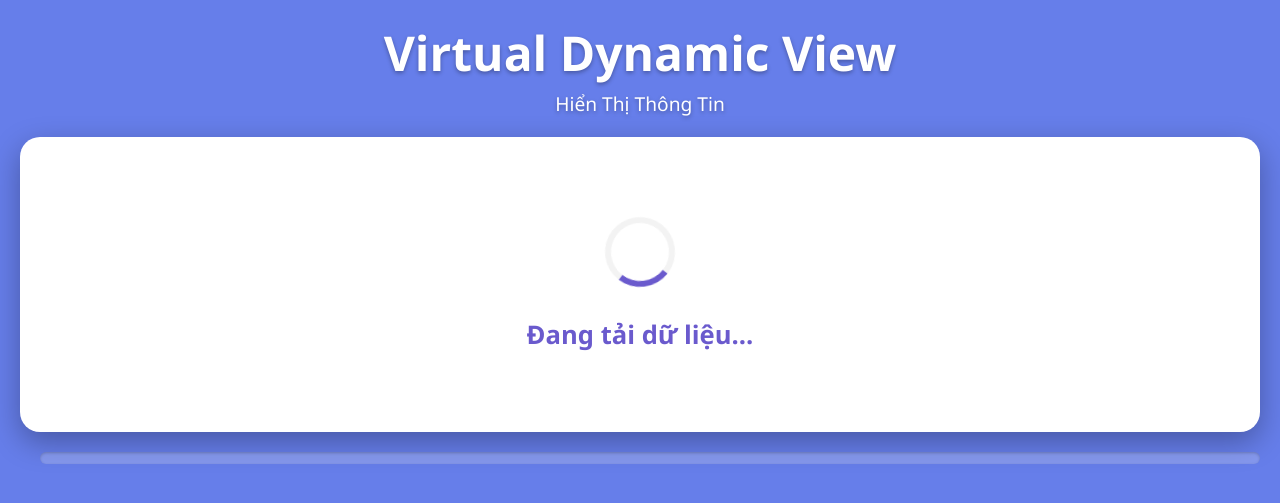
Repository: trunghau06/BaiTapjs_4
Page: index.html
The author's editor kept a copy of each file at every save. The page is drawn from the files as they stood at one save, then again after the next save.
The browser window is 1280 px wide. The pictures show the whole page.
The page's requests for data from a server got no answer.

Above is the page before, as saved 2025-11-02 11:10:37.

### index.html
<!DOCTYPE html>
<html lang="en">
<head>
    <meta charset="UTF-8">
    <meta name="viewport" content="width=device-width, initial-scale=1.0">
    <link rel="stylesheet" href="style.css">
    <link rel="stylesheet" href="https://cdnjs.cloudflare.com/ajax/libs/font-awesome/6.5.0/css/all.min.css">
    <title>Virtual Dynamic View</title>
</head>
<body>
    <div class="container">
        <div class="header">
            <h1>Virtual Dynamic View</h1>
            <p>Hiển Thị Thông Tin</p>
        </div>

        <div class="loader" id="loader">
            <div class="spinner"></div>
            <div class="loader-text">Đang tải dữ liệu...</div>
        </div>

        <div class="fake-scroll-wrapper">
            <div class="fake-scroll" id="fakeScroll"></div>
        </div>

        <div id="cardsContainer" class="cards-container" style="display: none;">
            <div id="cardsSpacer" class="cards-spacer">
                <div id="cardsContent" class="cards-content">

                    <div id="tableView" class="view-wrapper">
                         <table class="data-table">
                            <thead>
                                <tr class="header-row">
                                    <th>ID</th>
                                    <th>Avatar</th>
                                    <th>Name</th>
                                    <th>Company</th>
                                    <th>Genre</th>
                                    <th>Email</th>
                                    <th>Phone</th>
                                    <th>DOB</th>
                                    <th>Color</th>
                                    <th>Timezone</th>
                                    <th>Music</th>
                                    <th>City</th>
                                    <th>State</th>
                                    <th>Address</th>
                                    <th>Street</th>
                                    <th>Building</th>
                                    <th>ZIP</th>
                                    <th>CreatedAt</th>
                                    <th>Password</th>
                                </tr>
                            </thead>
                            <tbody id="tableBody">
                            </tbody>
                        </table>
                    </div>

                    <div id="cardView" class="view-wrapper card-list-grid">
                        </div>

                </div>
            </div>

            <div id="loadingMore" class="loading-more" style="display: none;">
                <div class="spinner"></div>
                <div>Đang tải thêm...</div>
            </div>
        </div>
    </div>
    <script src="main.js"></script>
</body>
</html>

### style.css
:root {
    --p: #6a5acd;
    --s: #48d1cc;
    --bg-original-start: #667eea;
    --bg-original-end: #764ba2;
    --table-bg: #FFFFFF;
    --card-bg: #F7F8FC;
    --text-primary: #1C2331;
    --text-secondary: #5C697F;
}

* {
    margin: 0;
    padding: 0;
    box-sizing: border-box;
}

body {
    font-family: 'Segoe UI', Tahoma, Geneva, Verdana, sans-serif;
    background: var( --bg-original-start);
    min-height: 100vh;
    padding: 0;
    display: flex;
    flex-direction: column;
    overflow-y: scroll;
}

.container {
    position: absolute;
    left: 50%;
    transform: translateX(-50%);
    margin: 0;
    width: 100%;
    padding: 20px;
}

.fake-scroll-wrapper {
    max-width: 3150px;
    margin: 20px auto 10px 20px;
    height: 12px;
    overflow-x: auto;
    overflow-y: hidden;
    position: relative;
    border-radius: 6px;
    background: rgba(255, 255, 255, 0.2);
    box-shadow: inset 0 1px 3px rgba(0,0,0,0.2);
    scrollbar-width: thin;
    scrollbar-color: var(--p) rgba(255,255,255,0.1);
    display: block;
}

.fake-scroll {
    min-width: 3150px;
    height: 1px;
}

.fake-scroll-wrapper::-webkit-scrollbar {
    height: 8px;
}

.fake-scroll-wrapper::-webkit-scrollbar-track {
    background: rgba(255,255,255,0.1);
    border-radius: 6px;
}

.fake-scroll-wrapper::-webkit-scrollbar-thumb {
    background: var(--p);
    border-radius: 6px;
    box-shadow: inset 0 0 2px rgba(0,0,0,0.3);
}

.header {
    text-align: center;
    color: #FFFFFF;
    text-shadow: 0 2px 4px rgba(0, 0, 0, 0.3);
    margin-bottom: 20px;
}

.header h1 {
    font-size: 3rem;
    margin-bottom: 5px;
    font-weight: 800;
}

.header p {
    font-size: 1.2rem;
}

.loader {
    background: #FFFFFF;
    padding: 80px 40px;
    border-radius: 20px;
    text-align: center;
    box-shadow: 0 10px 30px rgba(0, 0, 0, 0.3);
    margin: auto;
}

.spinner {
    width: 70px;
    height: 70px;
    border: 6px solid #f3f3f3;
    border-top: 6px solid var(--p);
    border-radius: 50%;
    margin: 0 auto 30px;
    animation: spin 1s linear infinite;
}

@keyframes spin {
    0% { transform: rotate(0deg); }
    100% { transform: rotate(360deg); }
}

.loader-text {
    font-size: 1.6rem;
    color: var(--p);
    font-weight: 700;
}

.cards-container {
    position: relative;
    height: 90vh;
    overflow-y: auto;
    overflow-x: auto;
    backdrop-filter: blur(5px);
    display: none;
    margin: 20px auto;
    width: 95%;
    -ms-overflow-style: none;
    scrollbar-width: none;
}

.cards-container::-webkit-scrollbar {
    width: 0;
    background: transparent;
}

.cards-spacer {
    position: relative;
    min-height: 100%;
}

.cards-content {
    position: absolute;
    top: 0;
    left: 20px;
    right: 20px;
    width: auto;
    min-width: 100%;
    transition: padding-top 0.1s linear;
    padding: 0;
}

#cardView {
    display: none;
}

#tableView {
    display: block;
}

.data-table {
    min-width: 100%;
    width: 100%;
    border-collapse: separate;
    border-spacing: 0;
    background: var(--table-bg);
    border-radius: 15px;
    box-shadow: 0 5px 20px rgba(0, 0, 0, 0.1);
}

.data-table th,
.data-table td {
    padding: 15px 10px;
    text-align: left;
    white-space: nowrap;
    overflow: hidden;
    text-overflow: ellipsis;
    border-bottom: 1px solid #e0e0e0;
}

.data-table thead {
    display: table-header-group;
}

.data-table thead th {
    background-color: var(--p);
    color: white;
    font-weight: 700;
    position: sticky;
    top: 0;
    z-index: 10;
}

.data-row {
    transition: background-color 0.2s ease;
}

.data-row:hover {
    background-color: #f0f0f5;
}

/* Chiều rộng cột */
.data-table th:nth-child(1),
.data-table td:nth-child(1) { width: 40px; }

.data-table th:nth-child(2),
.data-table td:nth-child(2) { width: 80px; }

.data-table th:nth-child(3),
.data-table td:nth-child(3) { width: 120px; }

.data-table th:nth-child(4),
.data-table td:nth-child(4) { width: 100px; }

.data-table th:nth-child(5),
.data-table td:nth-child(5) { width: 9%; }

.data-table th:nth-child(6),
.data-table td:nth-child(6) { width: 160px; }

.data-table th:nth-child(7),
.data-table td:nth-child(7) { width: 120px; }

.data-table th:nth-child(19),
.data-table td:nth-child(19) { width: 140px; }

.avatar-small {
    width: 40px;
    height: 40px;
    border-radius: 50%;
    object-fit: cover;
    border: 2px solid var(--s);
}

.card-badge {
    padding: 4px 10px;
    border-radius: 20px;
    font-size: 0.85em;
    font-weight: 600;
    display: inline-flex;
    align-items: center;
    gap: 5px;
}

.badge-male {
    background: #bbdefb;
    color: #1e88e5;
}

.badge-female {
    background: #f8bbd0;
    color: #d81b60;
}

.loading-more {
    text-align: center;
    padding: 30px;
    color: var(--text-primary);
    background: #FFFFFF;
    border-radius: 0 0 15px 15px;
    font-size: 1.2em;
    font-weight: 700;
}

.loading-more .spinner {
    width: 45px;
    height: 45px;
    border-width: 5px;
    border-top-color: var(--p);
    margin: 0 auto 10px;
}

.card-list-grid {
    display: flex;
    flex-direction: column;
    gap: 15px;
    padding: 20px 0;
    width: 100%;
}

.card {
    background: var(--card-bg);
    border-radius: 12px;
    padding: 18px;
    box-shadow: 0 6px 12px rgba(0, 0, 0, 0.15);
    transition: transform 0.2s ease;
    width: 100%;
}

.card:hover {
    transform: translateY(-2px);
    box-shadow: 0 8px 16px rgba(0, 0, 0, 0.2);
}

.card-header {
    display: flex;
    align-items: center;
    justify-content: space-between;
    gap: 10px;
    margin-bottom: 15px;
    padding-bottom: 15px;
    border-bottom: 1px solid #d0d0d0;
    flex-wrap: nowrap;
}

.avatar {
    width: 45px;
    height: 45px;
    border-radius: 50%;
    object-fit: cover;
    border: 3px solid var(--p);
    flex-shrink: 0;
}

.card-info {
    flex-grow: 1;
    margin-right: 10px;
    min-width: 0;
}

.card-name {
    font-size: 1.2rem;
    font-weight: 800;
    color: var(--text-primary);
}

.card-company {
    font-size: 0.85em;
    color: var(--text-secondary);
}

.card-badge {
    padding: 4px 10px;
    border-radius: 20px;
    font-size: 0.8em;
    font-weight: 700;
    white-space: nowrap;
    flex-shrink: 0;
    align-self: center;
}

.card-body {
    display: grid;
    grid-template-columns: auto 1fr;
    gap: 8px 12px;
    font-size: 0.9rem;
}

.card-item {
    display: flex;
    align-items: center;
    gap: 8px;
    flex-wrap: wrap;
    color: var(--text-secondary);
    word-break: break-word;
    gap: 8px;
    margin-bottom: 12px;
    font-weight: 700;
}

.card-item strong {
    display: inline-block;
    width: 90px;
    font-weight: 700;
    color: var(--text-primary);
}

.card-icon {
    width: 18px;
    text-align: center;
    color: var(--bg-original-start);
    flex-shrink: 0;
    padding: 4px;
}

@media (max-width: 768px) {

    #tableView {
        display: none !important;
    }

    #cardView {
        display: flex !important;
    }

    body {
        min-width: auto;
        overflow-x: hidden;
    }

    .container {
        position: relative;
        left: auto;
        transform: none;
        margin: 0 auto;
        width: 100%;
        padding: 10px;
    }

    .cards-container {
        width: 100%;
        max-width: 100%;
        margin: 0 auto;
        padding: 0;
        display: flex;
        flex-direction: column;
        align-items: center;
        overflow-x: hidden !important;
    }

    .card-list-grid {
        width: 100%;
        max-width: 500px;
        margin: 0 auto;
        display: flex;
        flex-direction: column;
        align-items: center;
    }

    .cards-content {
        padding: 0 10px;
        display: flex;
        justify-content: center;
        left: 0 !important;
        right: 0 !important;
        min-width: auto !important;
        width: 100% !important;
    }

    .header h1 {
        font-size: 2rem;
    }

    .header p {
        font-size: 1rem;
    }

    .card-body {
        grid-template-columns: 1fr;
    }

    .card {
        padding: 12px;
        width: 88%;
    }

    .card-header {
        flex-wrap: nowrap;
        padding: 24px 8px;
        margin-bottom: 8px;
    }

    .card-badge {
        order: auto;
        margin-top: 0;
        align-self: center;
    }

    .card-info {
        flex-basis: auto;
        min-width: 80px;
    }
}

### main.js
const API_URL = "https://671891927fc4c5ff8f49fcac.mockapi.io/v2";
let currentPage = 1;
const itemsPerPage = 9; // render 10 items mỗi lần
let allLoadedData = []; // lưu tất cả data đã load
let loading = false;
let moreDataAvailable = true;

const tableBodyElement = document.getElementById("tableBody");
const cardViewElement = document.getElementById("cardView");
const loaderElement = document.getElementById("loader");
const loadMoreElement = document.getElementById("loadingMore");
const scrollContainer = document.getElementById("cardsContainer");
const tableSection = document.getElementById("tableView");
const cardSection = document.getElementById("cardView");
const fakeScrollBar = document.querySelector(".fake-scroll-wrapper");

// Kiểm tra mobile view
function checkMobileView() {
    return window.innerWidth <= 768;
}

// Cập nhật chế độ hiển thị
function switchViewMode() {
    if (checkMobileView()) {
        tableSection.style.display = 'none';
        cardSection.style.display = 'flex';
        if (fakeScrollBar) fakeScrollBar.style.display = 'none';
    } else {
        tableSection.style.display = 'block';
        cardSection.style.display = 'none';
        if (fakeScrollBar) fakeScrollBar.style.display = 'block';
    }
}

// -------------------- Lấy dữ liệu từ API --------------------
async function loadMoreData() {
    if (!moreDataAvailable || loading) return;

    loading = true;
    if (currentPage === 1) {
        loaderElement.style.display = "block";
    } else {
        loadMoreElement.style.display = "block";
    }

    try {
        const response = await fetch(`${API_URL}?page=${currentPage}&limit=${itemsPerPage}`);
        const dataList = await response.json();

        if (dataList.length === 0) {
            moreDataAvailable = false;
        } else {
            // Lưu data vào mảng chung
            allLoadedData = [...allLoadedData, ...dataList];
            // Sắp xếp theo ID tăng dần
            allLoadedData.sort((a, b) => parseInt(a.id) - parseInt(b.id));
            displayAllItems();
            currentPage++;

            // Hiện container sau khi load data đầu tiên
            if (currentPage === 2) {
                scrollContainer.style.display = "block";
                loaderElement.style.display = "none";
            }
        }
    } catch (error) {
        console.error(error);
    }

    loadMoreElement.style.display = "none";
    loading = false;
}

// -------------------- Hiển thị tất cả items --------------------
function displayAllItems() {
    // Xóa hết items cũ
    tableBodyElement.innerHTML = '';
    cardViewElement.innerHTML = '';

    // Render lại tất cả data
    allLoadedData.forEach(user => {
        // -------- Table row --------
        const tableRow = document.createElement("tr");
        tableRow.setAttribute("data-id", user.id);
        tableRow.className = "data-row";
        tableRow.style.backgroundColor = user.color || "#fff";

        const isGenderMale = user.genre?.toLowerCase() === 'male';
        const genderBadgeClass = isGenderMale ? 'badge-male' : 'badge-female';
        const genderLabel = isGenderMale ? 'Nam' : 'Nữ';
        const genderIconClass = isGenderMale ? 'fa-mars' : 'fa-venus';

        tableRow.innerHTML = `
            <td>${user.id || 'N/A'}</td>
            <td><img src="${user.avatar || 'https://via.placeholder.com/40'}" alt="${user.name}" class="avatar-small" loading="lazy"></td>
            <td>${user.name || 'N/A'}</td>
            <td>${user.company || 'N/A'}</td>
            <td>
                <span class="card-badge ${genderBadgeClass}">
                    <i class="fa-solid ${genderIconClass}"></i> ${genderLabel}
                </span>
            </td>
            <td>${user.email || 'N/A'}</td>
            <td>${user.phone || 'N/A'}</td>
            <td>${user.dob || 'N/A'}</td>
            <td>${user.color || 'N/A'}</td>
            <td>${user.timezone || 'N/A'}</td>
            <td>${user.music || 'N/A'}</td>
            <td>${user.city || 'N/A'}</td>
            <td>${user.state || 'N/A'}</td>
            <td>${user.address || 'N/A'}</td>
            <td>${user.street || 'N/A'}</td>
            <td>${user.building || 'N/A'}</td>
            <td>${user.zip || user.zipcode || 'N/A'}</td>
            <td>${user.createdAt || 'N/A'}</td>
            <td>${user.password || 'N/A'}</td>
        `;
        tableBodyElement.appendChild(tableRow);

        // -------- Card --------
        const cardElement = document.createElement("div");
        cardElement.setAttribute("data-id", user.id);
        cardElement.className = "card";
        cardElement.style.backgroundColor = user.color || "#fff";

        const displayGender = isGenderMale ? 'Nam' : 'Nữ';

        cardElement.innerHTML = `
            <div class="card-header">
                <img src="${user.avatar || 'https://via.placeholder.com/60'}" alt="${user.name}" class="avatar" loading="lazy">
                <div class="card-info">
                    <div class="card-name">${user.name || 'N/A'}</div>
                    <div class="card-company">${user.company || 'N/A'}</div>
                </div>
                <span class="card-badge ${genderBadgeClass}">
                    ${displayGender}
                </span>
            </div>
            <div class="card-body">
                <div class="card-item"><i class="fa-solid fa-id-badge card-icon"></i> <strong>ID:</strong> ${user.id || 'N/A'}</div>
                <div class="card-item"><i class="fa-regular fa-calendar-plus card-icon"></i> <strong>Created At:</strong> ${user.createdAt || 'N/A'}</div>
                <div class="card-item"><i class="fa-solid fa-user card-icon"></i> <strong>Name:</strong> ${user.name || 'N/A'}</div>
                <div class="card-item"><i class="fa-solid fa-venus-mars card-icon"></i> <strong>Genre:</strong> ${user.genre || 'N/A'}</div>
                <div class="card-item"><i class="fa-solid fa-building card-icon"></i> <strong>Company:</strong> ${user.company || 'N/A'}</div>
                <div class="card-item"><i class="fa-solid fa-calendar-days card-icon"></i> <strong>DOB:</strong> ${user.dob || 'N/A'}</div>
                <div class="card-item"><i class="fa-solid fa-palette card-icon"></i> <strong>Color:</strong> ${user.color || 'N/A'}</div>
                <div class="card-item"><i class="fa-solid fa-clock card-icon"></i> <strong>Timezone:</strong> ${user.timezone || 'N/A'}</div>
                <div class="card-item"><i class="fa-solid fa-music card-icon"></i> <strong>Music:</strong> ${user.music || 'N/A'}</div>
                <div class="card-item"><i class="fa-solid fa-map-location-dot card-icon"></i> <strong>Address:</strong> ${user.address || 'N/A'}</div>
                <div class="card-item"><i class="fa-solid fa-city card-icon"></i> <strong>City:</strong> ${user.city || 'N/A'}</div>
                <div class="card-item"><i class="fa-solid fa-map card-icon"></i> <strong>State:</strong> ${user.state || 'N/A'}</div>
                <div class="card-item"><i class="fa-solid fa-road card-icon"></i> <strong>Street:</strong> ${user.street || 'N/A'}</div>
                <div class="card-item"><i class="fa-solid fa-building-columns card-icon"></i> <strong>Building:</strong> ${user.building || 'N/A'}</div>
                <div class="card-item"><i class="fa-solid fa-hashtag card-icon"></i> <strong>ZIP:</strong> ${user.zip || user.zipcode || 'N/A'}</div>
                <div class="card-item"><i class="fa-solid fa-envelope card-icon"></i> <strong>Email:</strong> ${user.email || 'N/A'}</div>
                <div class="card-item"><i class="fa-solid fa-phone card-icon"></i> <strong>Phone:</strong> ${user.phone || 'N/A'}</div>
                <div class="card-item"><i class="fa-solid fa-lock card-icon"></i> <strong>Password:</strong> ${user.password || 'N/A'}</div>
            </div>
        `;
        cardViewElement.appendChild(cardElement);
    });
}

// -------------------- Xử lý scroll --------
scrollContainer.addEventListener("scroll", () => {
    const { scrollTop, scrollHeight, clientHeight } = scrollContainer;
    // Khi scroll đến gần cuối (còn 200px)
    if (scrollTop + clientHeight >= scrollHeight - 200 && !loading && moreDataAvailable) {
        loadMoreData();
    }
});

// -------------------- Xử lý resize --------
window.addEventListener('resize', () => {
    switchViewMode();
});

// -------------------- Đồng bộ horizontal scroll --------
if (fakeScrollBar) {
    const fakeScrollContent = document.getElementById('fakeScroll');
    const dataTable = document.querySelector('.data-table');

    if (dataTable && fakeScrollContent) {
        const tableWidth = window.getComputedStyle(dataTable).minWidth;
        fakeScrollContent.style.minWidth = tableWidth;

        fakeScrollBar.addEventListener('scroll', () => {
            scrollContainer.scrollLeft = fakeScrollBar.scrollLeft;
        });

        scrollContainer.addEventListener('scroll', () => {
            if (!checkMobileView()) {
                fakeScrollBar.scrollLeft = scrollContainer.scrollLeft;
            }
        });
    }
}

// -------------------- Khởi tạo --------
switchViewMode();
loadMoreData();

After the next save:
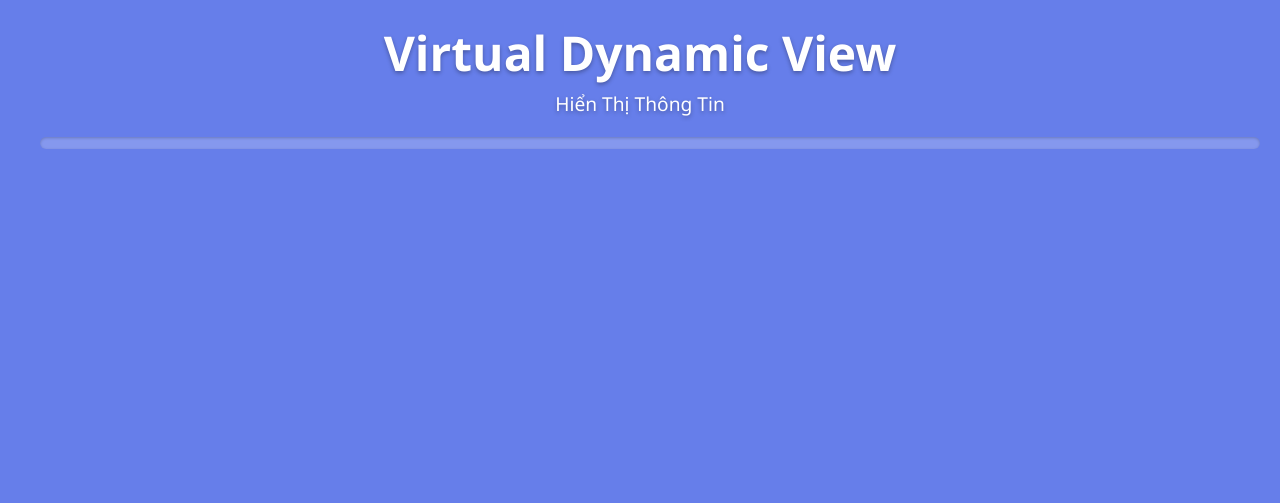
Saved 4 min 50 s later.
--- a/main.js
+++ b/main.js
@@ -37,10 +37,12 @@
     if (!moreDataAvailable || loading) return;
 
     loading = true;
+
+    // Hiển thị loader
     if (currentPage === 1) {
-        loaderElement.style.display = "block";
+        loaderElement.style.display = "block"; // loader đầu
     } else {
-        loadMoreElement.style.display = "block";
+        loadMoreElement.style.display = "block"; // loader cuối danh sách
     }
 
     try {
@@ -50,26 +52,25 @@
         if (dataList.length === 0) {
             moreDataAvailable = false;
         } else {
-            // Lưu data vào mảng chung
+            // Lưu tất cả data
             allLoadedData = [...allLoadedData, ...dataList];
-            // Sắp xếp theo ID tăng dần
-            allLoadedData.sort((a, b) => parseInt(a.id) - parseInt(b.id));
+            allLoadedData.sort((a,b)=>parseInt(a.id)-parseInt(b.id));
+
+            // Render tất cả items
             displayAllItems();
+
             currentPage++;
-
-            // Hiện container sau khi load data đầu tiên
-            if (currentPage === 2) {
-                scrollContainer.style.display = "block";
-                loaderElement.style.display = "none";
-            }
         }
     } catch (error) {
         console.error(error);
     }
 
+    // Ẩn loader sau khi load xong
     loadMoreElement.style.display = "none";
+    loaderElement.style.display = "none";
     loading = false;
 }
+
 
 // -------------------- Hiển thị tất cả items --------------------
 function displayAllItems() {

After the save that followed:
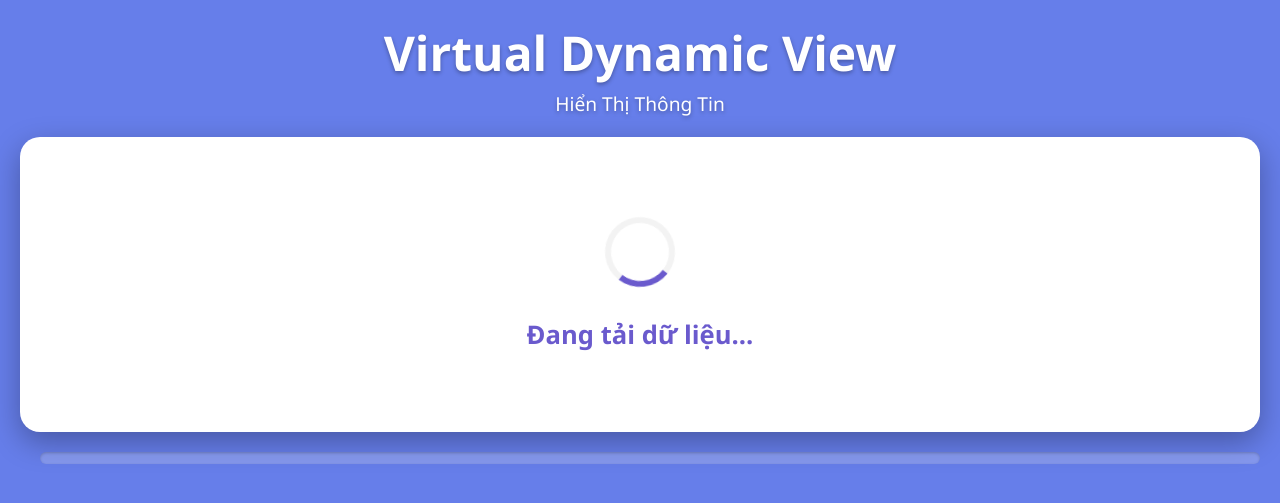
Saved 10 s later.
--- a/main.js
+++ b/main.js
@@ -37,12 +37,10 @@
     if (!moreDataAvailable || loading) return;
 
     loading = true;
-
-    // Hiển thị loader
     if (currentPage === 1) {
-        loaderElement.style.display = "block"; // loader đầu
+        loaderElement.style.display = "block";
     } else {
-        loadMoreElement.style.display = "block"; // loader cuối danh sách
+        loadMoreElement.style.display = "block";
     }
 
     try {
@@ -52,25 +50,26 @@
         if (dataList.length === 0) {
             moreDataAvailable = false;
         } else {
-            // Lưu tất cả data
+            // Lưu data vào mảng chung
             allLoadedData = [...allLoadedData, ...dataList];
-            allLoadedData.sort((a,b)=>parseInt(a.id)-parseInt(b.id));
-
-            // Render tất cả items
+            // Sắp xếp theo ID tăng dần
+            allLoadedData.sort((a, b) => parseInt(a.id) - parseInt(b.id));
             displayAllItems();
-
             currentPage++;
+
+            // Hiện container sau khi load data đầu tiên
+            if (currentPage === 2) {
+                scrollContainer.style.display = "block";
+                loaderElement.style.display = "none";
+            }
         }
     } catch (error) {
         console.error(error);
     }
 
-    // Ẩn loader sau khi load xong
     loadMoreElement.style.display = "none";
-    loaderElement.style.display = "none";
     loading = false;
 }
-
 
 // -------------------- Hiển thị tất cả items --------------------
 function displayAllItems() {
